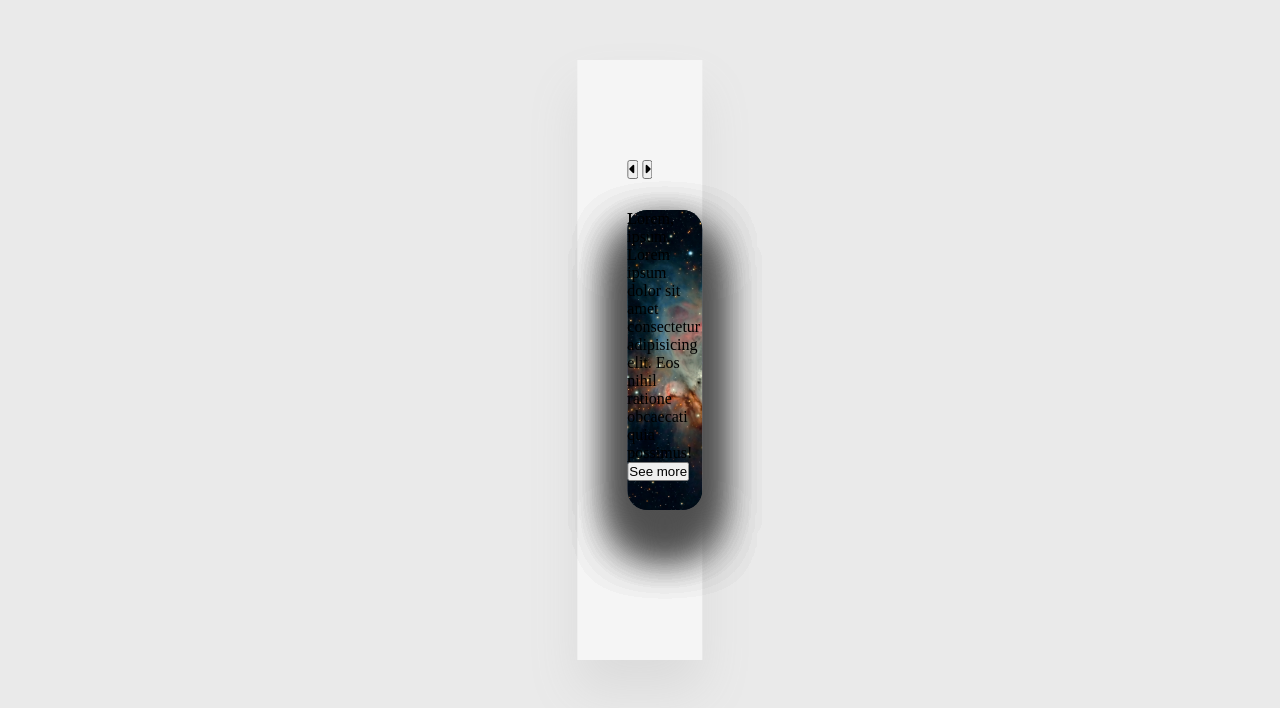
Repository: zeinawady/-Image-Slider-Project
Page: index.html
These files come from the project's save history. The page is drawn as it stood at one moment and after a run of saves; the edit follows.
The browser window is 1280 px wide. The pictures show the whole page.
Pictures or frames that could not be fetched are drawn as grey boxes.

Above is the page before, as saved 2024-09-19 16:24:26.

### index.html
<!DOCTYPE html>
<html lang="en">

<head>
    <meta charset="UTF-8">
    <meta name="viewport" content="width=device-width, initial-scale=1.0">
    <title>Image Slider</title>
    <link rel="stylesheet" href="css/style.css">
    <link rel="stylesheet" href="css/all.min.css">
</head>

<body>

    <div class="container">
        <div id="slide">
            <div class="item" style="background-image: url(images/img1.jpg);">
                <div class="content">
                    <div class="name">Lorem, ipsum. </div>
                    <div class="content">Lorem ipsum dolor sit amet consectetur adipisicing elit. Eos nihil ratione
                        obcaecati quia possimus!</div>
                        <button>See more</button>
                </div>
            </div>
            <div class="item" style="background-image: url(images/img2.jpg);">
                <div class="content">
                    <div class="name">Lorem, ipsum. </div>
                    <div class="content">Lorem ipsum dolor sit amet consectetur adipisicing elit. Eos nihil ratione
                        obcaecati quia possimus!</div>
                        <button>See more</button>
                </div>
            </div>
            <div class="item" style="background-image: url(images/img3.jpg);">
                <div class="content">
                    <div class="name">Lorem, ipsum. </div>
                    <div class="content">Lorem ipsum dolor sit amet consectetur adipisicing elit. Eos nihil ratione
                        obcaecati quia possimus!</div>
                        <button>See more</button>
                </div>
            </div>
            <div class="item" style="background-image: url(images/img4.jpg);">
                <div class="content">
                    <div class="name">Lorem, ipsum. </div>
                    <div class="content">Lorem ipsum dolor sit amet consectetur adipisicing elit. Eos nihil ratione
                        obcaecati quia possimus!</div>
                        <button>See more</button>
                </div>
            </div>
            <div class="item" style="background-image: url(images/img5.jpg);">
                <div class="content">
                    <div class="name">Lorem, ipsum. </div>
                    <div class="content">Lorem ipsum dolor sit amet consectetur adipisicing elit. Eos nihil ratione
                        obcaecati quia possimus!</div>
                        <button>See more</button>
                </div>
            </div>

            <div class="buttons">
                <button id="prevbtn"><i class="fa-solid fa-caret-left"></i></button>
                <button id="nextbtn"><i class="fa-solid fa-caret-right"></i></button>
            </div>
        </div>
    </div>

    <script src="script.js"></script>
</body>

</html>

### css/style.css
*{
    padding: 0;
    margin: 0;
    box-sizing: border-box;
}
body{
    background-color:#eaeaea ;
    overflow: hidden;
}
.container{
    position: absolute;
    left: 50%;
    top: 50%;
    transform: translate(-50%,-50%);
    max-width: 1000px;
    height: 600px;
    padding: 50px;
    background-color: #f5f5f5;
    box-shadow: 0 30px 50px #dbdbdb;
}
/* Medium screens */
@media (min-width: 768px) and (max-width: 1199px) {
    .container {
        width: 800px;
        height: 500px;
    }
}

/* Small screens */
@media (max-width: 767px) {
    .container {
        width: 90%; /* Use percentage for very small screens to fit */
        max-width: 500px; /* Restrict maximum width */
        height: auto; /* Allow height to adjust automatically */
        padding: 10px; /* Add some padding for content */
    }
}
#slide{
    width: max-content;
    margin-top: 50px;
}
.item{
    max-width: 200px;
    height: 300px;
    background-position: 50% 50%;
    display: inline-block;
    transition: 0.5s;
    background-size: cover;
    position: absolute;
    z-index: 1;
    top: 50%;
    transform: translate(0, -50%);
    border-radius: 20px;
    box-shadow: 0 30px 50px #505050;
}
.item:nth-child(1)
,.item:nth-child(1){
    l
}

Loaded but not shown: css/all.min.css (library); script.js (no copy from this time; the picture is the same without it)

After the next 4 saves:
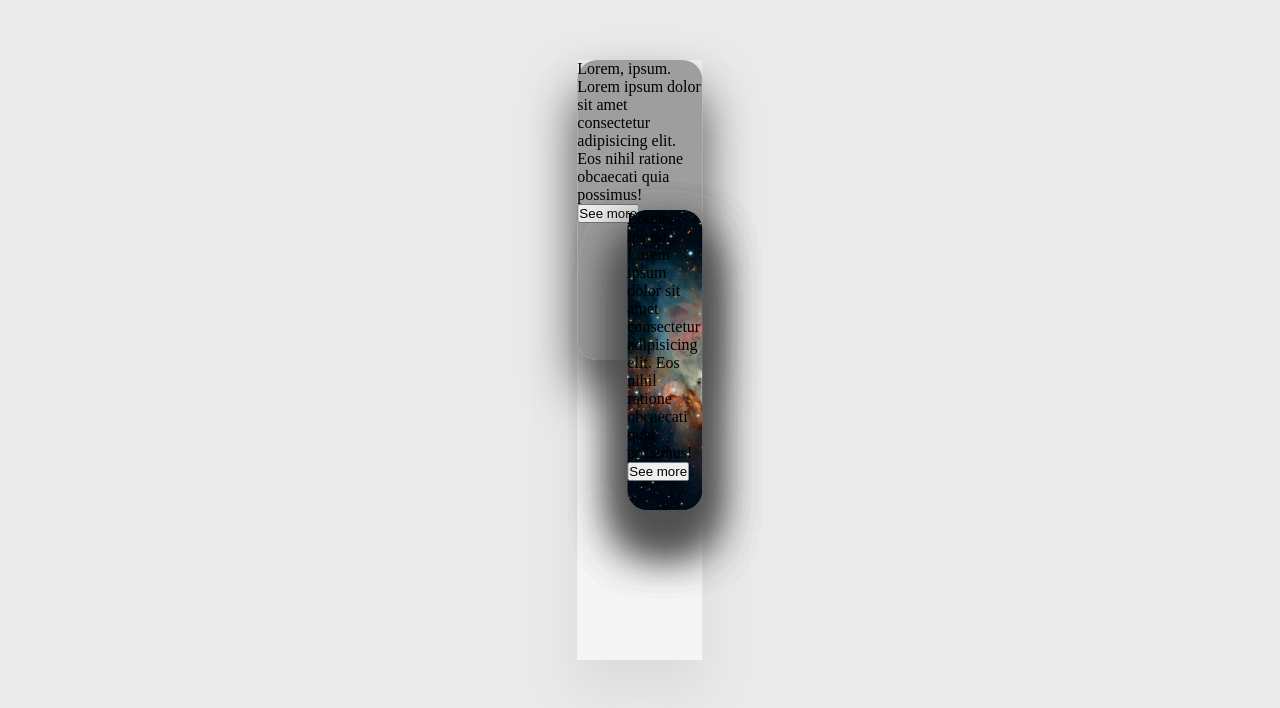
The 4 saves are shown as one change because they came seconds apart.
The last was saved 13 s later.
--- a/css/style.css
+++ b/css/style.css
@@ -55,5 +55,7 @@ body{
 }
 .item:nth-child(1)
 ,.item:nth-child(1){
-    l
+    left: 0;
+    top: 0;
+    transform: translate(0,0);
 }
